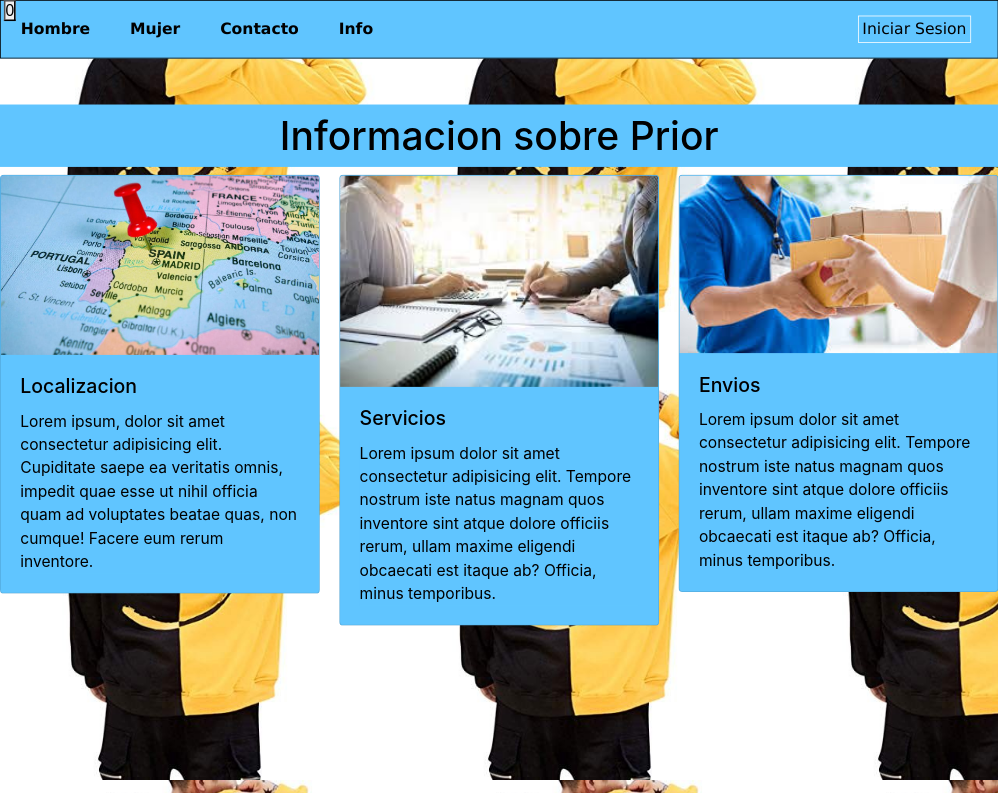
Repository: danilugones10/Proyecto
Page: info.html
The author's editor kept a copy of each file at every save. The page is drawn from the files as they stood at one save, then again after the next save.
The browser window is 1280 px wide. The pictures show the whole page, at 78% of full size.

Above is the page before, as saved 2021-03-08 19:16:12.

After the next save:
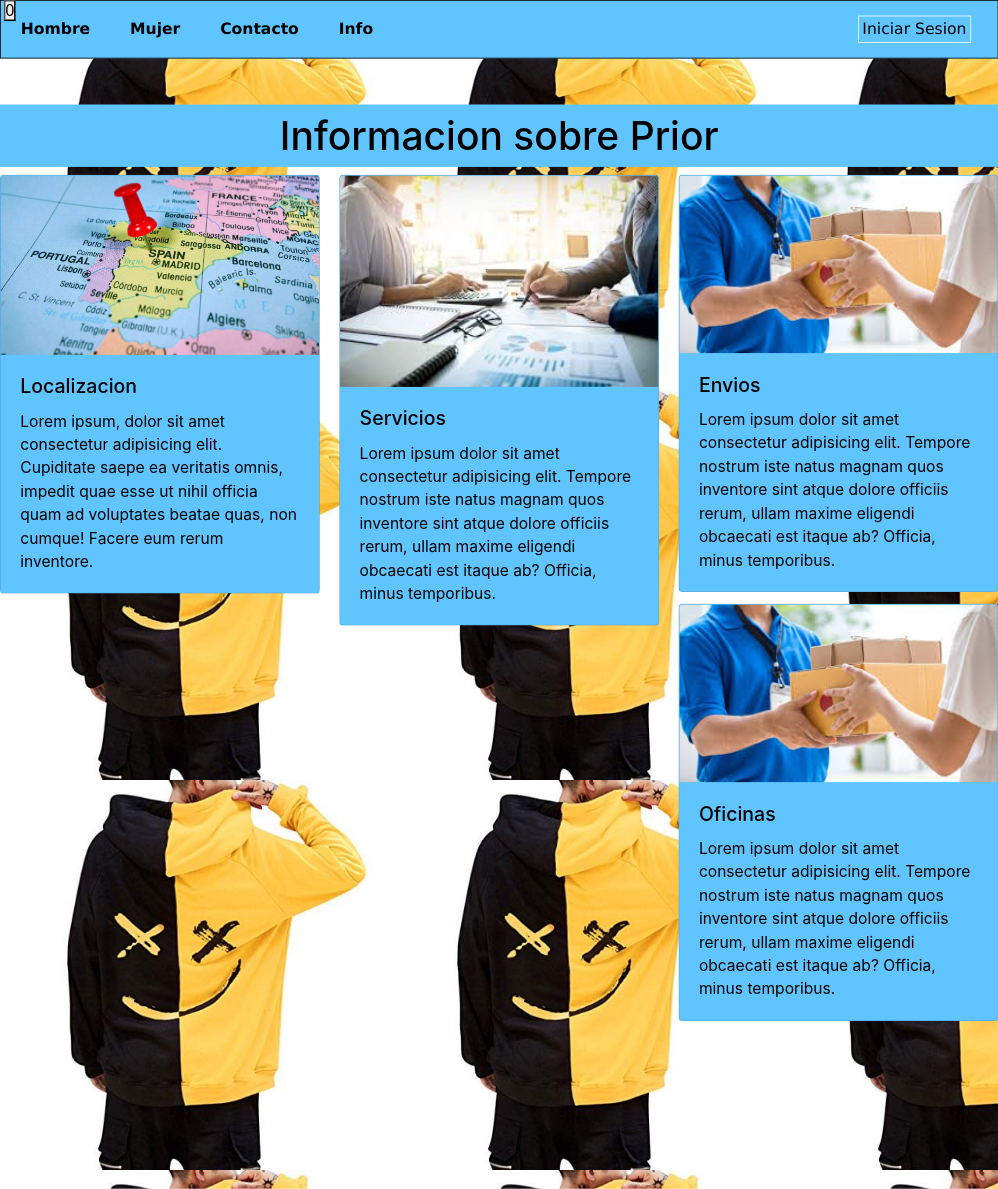
Saved 44 s later.
--- a/info.html
+++ b/info.html
@@ -37,6 +37,13 @@
                   <p class="card-text">Lorem ipsum dolor sit amet consectetur adipisicing elit. Tempore nostrum iste natus magnam quos inventore sint atque dolore officiis rerum, ullam maxime eligendi obcaecati est itaque ab? Officia, minus temporibus.</p>
                 </div>
               </div>
+              <div class="card color__claro">
+                <img src="css/img/envios.jpg" class="card-img-top" alt="...">
+                <div class="card-body">
+                  <h5 class="card-title">Oficinas</h5>
+                  <p class="card-text">Lorem ipsum dolor sit amet consectetur adipisicing elit. Tempore nostrum iste natus magnam quos inventore sint atque dolore officiis rerum, ullam maxime eligendi obcaecati est itaque ab? Officia, minus temporibus.</p>
+                </div>
+              </div>
         </div>
     </main>
 
